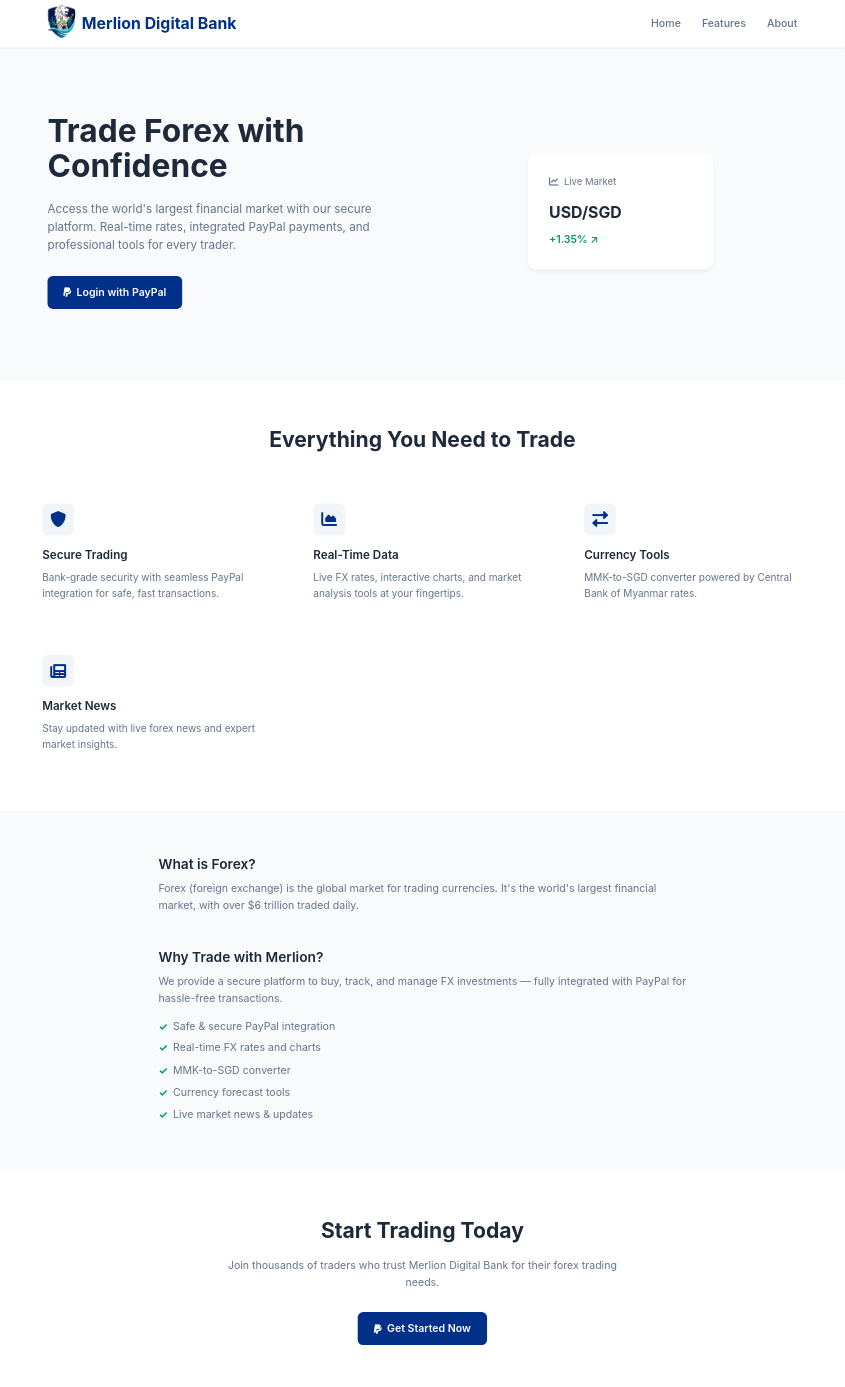
Repository: MayThetNaingBo/MerlionFX-app
Page: http://localhost/
An editor plug-in stored every save of this project. The page is shown before and after the next save, followed by the edit.
The browser window is 1280 px wide. The pictures show the whole page, at 66% of full size.
The page is served by the project's application, run on Flask 3 (app.py).

Above is the page before, as saved 2025-08-07 23:37:49.

After the next save:
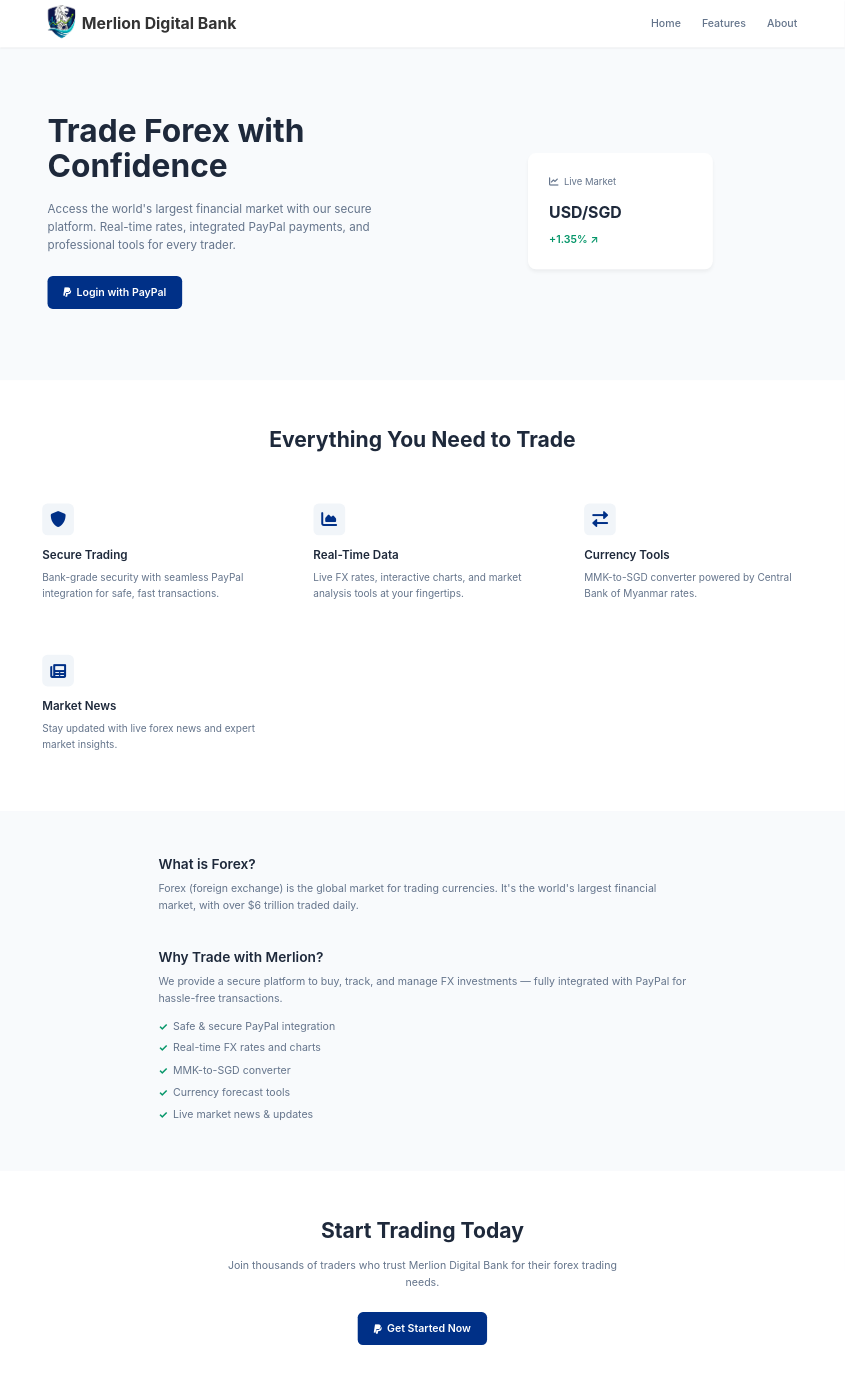
Saved 83 s later.
--- a/templates/index.html
+++ b/templates/index.html
@@ -61,7 +61,7 @@
         .logo {
             font-size: 1.5rem;
             font-weight: 700;
-            color: #003087;
+            color: 667eea;
         }
 
         .nav-links {
